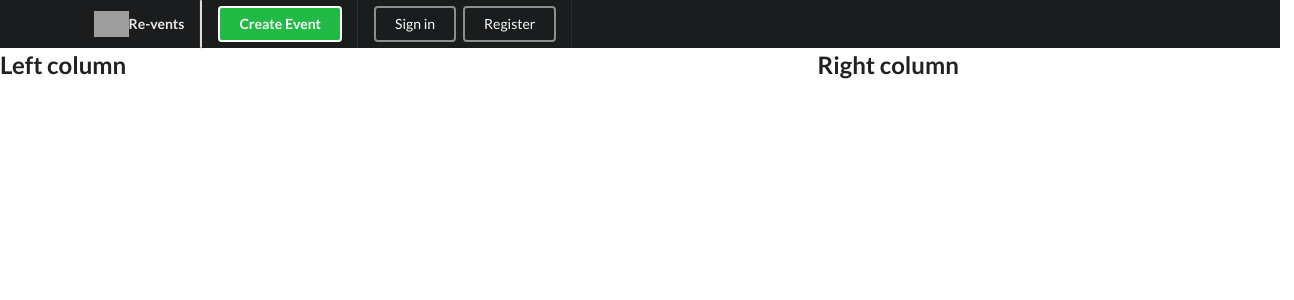
Repository: Preranabaruah/react-semantic-ui
Page: /
These files come from the project's save history. The page is drawn as it stood at one moment and after the next save; the edit follows.
The browser window is 1280 px wide. The page is 1294 px wide, so the pictures cover 1294 px, including what lies to the right of the window. The pictures show the whole page.
Pictures or frames that could not be fetched are drawn as grey boxes. The project was rebuilt for these pictures with package versions that can differ from the ones it lists, and the page was loaded fresh each time. Also part of the build but not shown: vite.config.ts.

Above is the page before, as saved 2023-09-08 13:23:51.

### index.html
<!doctype html>
<html lang="en">
  <head>
    <meta charset="UTF-8" />
    <link rel="icon" type="image/svg+xml" href="/vite.svg" />
    <meta name="viewport" content="width=device-width, initial-scale=1.0" />
    <title>Re-vents</title>
  </head>
  <body>
    <div id="root"></div>
    <script type="module" src="/src/index.tsx"></script>
  </body>
</html>

### src/index.tsx
import React from "react";
import ReactDOM from "react-dom/client";
import App from "./App.tsx";
import "semantic-ui-css/semantic.min.css";
ReactDOM.createRoot(document.getElementById("root")!).render(
  <React.StrictMode>
    <App />
  </React.StrictMode>
);

### src/App.tsx
import EventDashboard from "./features/events/event-dashboard";
import NavBar from "./features/nav-bar";

function App() {
  return (
    <>
      <div>
        <h1>Re-Vents</h1>
        <EventDashboard />
        <NavBar />
      </div>
    </>
  );
}

export default App;

### src/features/events/event-dashboard/index.tsx
import { Grid } from "semantic-ui-react";
const EventDashboard = () => {
  return (
    <>
      <Grid>
        <Grid.Column width={10}>
          <h2>Left column</h2>
        </Grid.Column>
        <Grid.Column width={6}>
          <h2>Right column</h2>
        </Grid.Column>
      </Grid>
    </>
  );
};

export default EventDashboard;

### src/features/nav-bar/index.tsx
import { Menu, Container, Button } from "semantic-ui-react";

const NavBar = () => {
  return (
    <>
      <Menu inverted fixed="top">
        <Container>
          <Menu.Item header>
            <img src="/src/assets/react.svg" />
            Re-vents
          </Menu.Item>
          <Menu name="Events" />
          <Menu.Item>
            <Button positive inverted content="Create Event" />
          </Menu.Item>
          <Menu.Item>
            <Button basic inverted content="Sign in" />
            <Button basic inverted content="Register" style={{ marginLeft: "0.5em" }} />
          </Menu.Item>
        </Container>
      </Menu>
    </>
  );
};

export default NavBar;

After the next save:
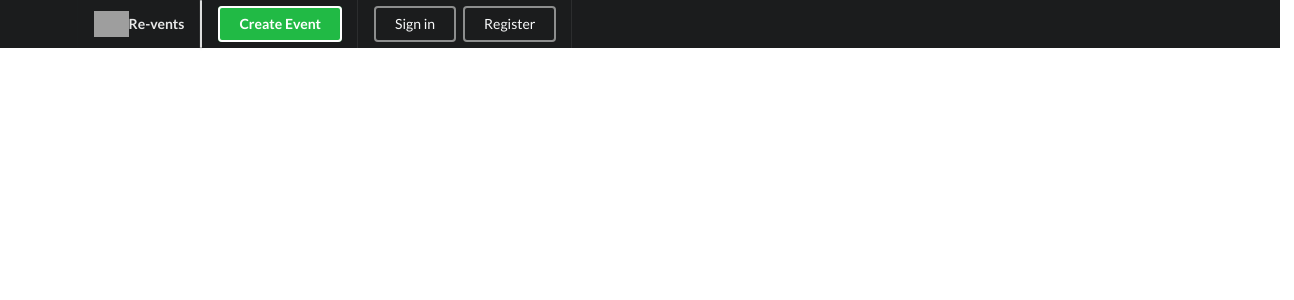
Saved 42 s later.
--- a/src/App.tsx
+++ b/src/App.tsx
@@ -5,7 +5,6 @@ function App() {
   return (
     <>
       <div>
-        <h1>Re-Vents</h1>
         <EventDashboard />
         <NavBar />
       </div>
